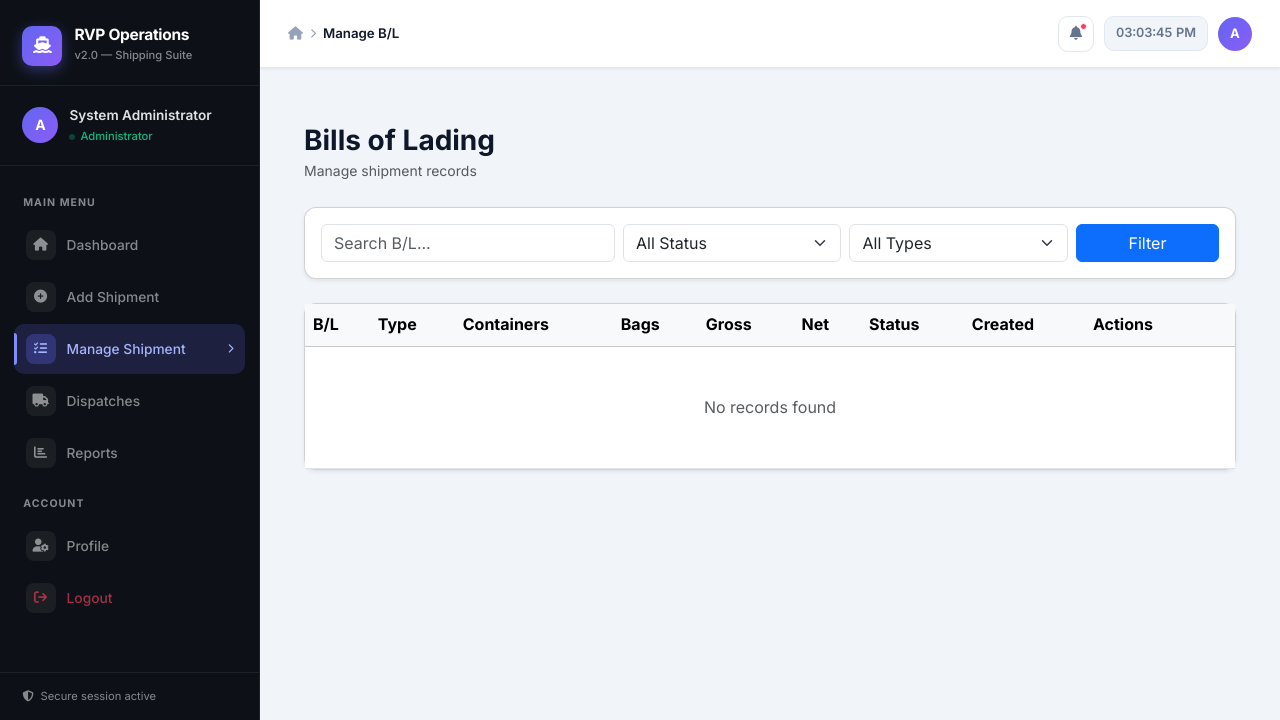
Repository: senteu254/logistics
Page: http://localhost/manage-bl.php
The author's editor kept a copy of each file at every save. The page is drawn from the files as they stood at one save, then again after the next save.
The browser window is 1280 px wide. The pictures show the whole page.
The page is run by PHP 8.4 with error messages shown; the project is at /var/www/html/. The session is filled in as if someone had signed in: {"user_id": 1, "username": "admin", "full_name": "System Administrator"}. Other server files are loaded and not shown. The database holds what the project's SQL file puts in it. Queries for data that is not in the repository find no rows.

Above is the page before, as saved 2026-05-14 16:45:39.

### manage-bl.php
<?php

ini_set('display_errors', 1);
error_reporting(E_ALL);

require_once 'config/database.php';

$page_title = 'Manage B/L';

/*
|--------------------------------------------------------------------------
| DELETE RECORD
|--------------------------------------------------------------------------
*/
if (isset($_POST['delete_id'])) {

    $stmt = $pdo->prepare("DELETE FROM bills_of_lading WHERE id = ?");
    $stmt->execute([(int)$_POST['delete_id']]);

    header('Location: manage-bl.php?deleted=1');
    exit();
}

/*
|--------------------------------------------------------------------------
| UPDATE STATUS
|--------------------------------------------------------------------------
*/
if (isset($_POST['status_id']) && isset($_POST['new_status'])) {

    $allowedStatuses = ['active','draft','completed'];

    if (in_array($_POST['new_status'], $allowedStatuses)) {

        $stmt = $pdo->prepare("
            UPDATE bills_of_lading
            SET status = ?
            WHERE id = ?
        ");

        $stmt->execute([
            $_POST['new_status'],
            (int)$_POST['status_id']
        ]);

        header('Location: manage-bl.php?updated=1');
        exit();
    }
}

/*
|--------------------------------------------------------------------------
| FILTERS
|--------------------------------------------------------------------------
*/
$search   = trim($_GET['search'] ?? '');
$status_f = trim($_GET['status'] ?? '');
$type_f   = trim($_GET['bl_type'] ?? '');

$perPage = 10;
$page    = max(1, (int)($_GET['page'] ?? 1));
$offset  = ($page - 1) * $perPage;

$where  = ['1=1'];
$params = [];

if ($search) {
    $where[] = "(b.bl_number LIKE ? OR b.item_description LIKE ?)";
    $params[] = "%{$search}%";
    $params[] = "%{$search}%";
}

if ($status_f) {
    $where[] = "b.status = ?";
    $params[] = $status_f;
}

if ($type_f) {
    $where[] = "b.bl_type = ?";
    $params[] = $type_f;
}

$whereSQL = implode(' AND ', $where);

/*
|--------------------------------------------------------------------------
| FETCH DATA
|--------------------------------------------------------------------------
*/
$stmt = $pdo->prepare("
    SELECT
        b.*,
        COUNT(i.id) AS containers,
        COALESCE(SUM(i.number_of_bags),0) AS total_bags,
        COALESCE(SUM(i.gross_weight),0) AS total_gw,
        COALESCE(SUM(i.net_weight),0) AS total_nw
    FROM bills_of_lading b
    LEFT JOIN bl_items i ON b.id = i.bl_id
    WHERE {$whereSQL}
    GROUP BY b.id
    ORDER BY b.created_at DESC
    LIMIT {$perPage} OFFSET {$offset}
");

$stmt->execute($params);
$bills = $stmt->fetchAll(PDO::FETCH_ASSOC);

require_once 'includes/header.php';
?>

<style>
.card { border-radius: 12px; }
.table td, .table th { vertical-align: middle; }

/* Mobile switch */
@media (max-width: 768px) {
    .bl-table { display: none; }
}
@media (min-width: 769px) {
    .bl-card { display: none; }
}

/* Cards */
.bl-item {
    border: 1px solid #eee;
    border-radius: 12px;
    padding: 16px;
    margin-bottom: 15px;
    background: #fff;
}
.bl-meta { font-size: 13px; color: #6c757d; }
</style>

<div class="container-fluid py-4">

    <!-- HEADER -->
    <div class="d-flex flex-wrap justify-content-between align-items-center mb-4 gap-2">

        <div>
            <h3 class="fw-bold mb-0">Bills of Lading</h3>
            <small class="text-muted">Manage shipment records</small>
        </div>

        <!-- <a href="add-bl.php" class="btn btn-primary">
            <i class="fas fa-plus me-1"></i> New B/L
        </a> -->

    </div>

    <!-- ALERTS -->
    <?php if (isset($_GET['deleted'])): ?>
        <div class="alert alert-danger">Deleted successfully</div>
    <?php endif; ?>

    <?php if (isset($_GET['updated'])): ?>
        <div class="alert alert-success">Status updated</div>
    <?php endif; ?>

    <!-- FILTERS -->
    <div class="card shadow-sm mb-4">
        <div class="card-body">

            <form method="GET" class="row g-2">

                <div class="col-lg-4 col-md-6">
                    <input type="text" name="search" class="form-control"
                        placeholder="Search B/L..."
                        value="<?= htmlspecialchars($search); ?>">
                </div>

                <div class="col-lg-3 col-md-6">
                    <select name="status" class="form-select">
                        <option value="">All Status</option>
                        <option value="active" <?= $status_f=='active'?'selected':'' ?>>Active</option>
                        <option value="draft" <?= $status_f=='draft'?'selected':'' ?>>Draft</option>
                        <option value="completed" <?= $status_f=='completed'?'selected':'' ?>>Completed</option>
                    </select>
                </div>

                <div class="col-lg-3 col-md-6">
                    <select name="bl_type" class="form-select">
                        <option value="">All Types</option>
                        <option value="TBL" <?= $type_f=='TBL'?'selected':'' ?>>TBL</option>
                        <option value="Non-TBL" <?= $type_f=='Non-TBL'?'selected':'' ?>>Non-TBL</option>
                    </select>
                </div>

                <div class="col-lg-2 col-md-6 d-grid">
                    <button class="btn btn-primary">Filter</button>
                </div>

            </form>

        </div>
    </div>

    <!-- DESKTOP TABLE -->
    <div class="card shadow-sm bl-table">
        <div class="table-responsive">

            <table class="table table-hover mb-0">

                <thead class="table-light">
                    <tr>
                        <th>B/L</th>
                        <th>Type</th>
                        <th>Containers</th>
                        <th>Bags</th>
                        <th>Gross</th>
                        <th>Net</th>
                        <th>Status</th>
                        <th>Created</th>
                        <th width="150">Actions</th>
                    </tr>
                </thead>

                <tbody>

                <?php if (empty($bills)): ?>
                    <tr>
                        <td colspan="9" class="text-center py-5 text-muted">
                            No records found
                        </td>
                    </tr>
                <?php endif; ?>

                <?php foreach ($bills as $bl): ?>

                <tr>

                    <td>
                        <a href="view-bl.php?id=<?= $bl['id']; ?>" class="fw-bold text-decoration-none">
                            <?= htmlspecialchars($bl['bl_number']); ?>
                        </a>
                    </td>

                    <td><span class="badge bg-primary"><?= $bl['bl_type']; ?></span></td>

                    <td><?= number_format($bl['containers']); ?></td>
                    <td><?= number_format($bl['total_bags']); ?></td>
                    <td><?= number_format($bl['total_gw'],2); ?></td>
                    <td><?= number_format($bl['total_nw'],2); ?></td>

                    <td>
                        <form method="POST">
                            <input type="hidden" name="status_id" value="<?= $bl['id']; ?>">
                            <select name="new_status" class="form-select form-select-sm" onchange="this.form.submit()">
                                <option value="active" <?= $bl['status']=='active'?'selected':'' ?>>Active</option>
                                <option value="draft" <?= $bl['status']=='draft'?'selected':'' ?>>Draft</option>
                                <option value="completed" <?= $bl['status']=='completed'?'selected':'' ?>>Completed</option>
                            </select>
                        </form>
                    </td>

                    <td><?= date('M d, Y', strtotime($bl['created_at'])); ?></td>

                    <td>
                        <div class="d-flex gap-1">

                            <a href="view-bl.php?id=<?= $bl['id']; ?>" class="btn btn-sm btn-outline-primary">
                                <i class="fas fa-eye"></i>
                            </a>

                            <a href="edit-bl.php?id=<?= $bl['id']; ?>" class="btn btn-sm btn-outline-dark">
                                <i class="fas fa-edit"></i>
                            </a>

                            <form method="POST">
                                <input type="hidden" name="delete_id" value="<?= $bl['id']; ?>">
                                <button class="btn btn-sm btn-outline-danger"
                                    onclick="return confirm('Delete this B/L?')">
                                    <i class="fas fa-trash"></i>
                                </button>
                            </form>

                        </div>
                    </td>

                </tr>

                <?php endforeach; ?>

                </tbody>

            </table>

        </div>
    </div>

    <!-- MOBILE CARDS -->
    <div class="bl-card">

        <?php foreach ($bills as $bl): ?>

        <div class="bl-item">

            <div class="d-flex justify-content-between">

                <div>
                    <strong><?= htmlspecialchars($bl['bl_number']); ?></strong>
                    <div class="bl-meta"><?= htmlspecialchars($bl['item_description']); ?></div>
                </div>

                <span class="badge bg-primary"><?= $bl['bl_type']; ?></span>

            </div>

            <hr>

            <div class="row">

                <div class="col-6"><small>Containers</small><br><?= $bl['containers']; ?></div>
                <div class="col-6"><small>Bags</small><br><?= $bl['total_bags']; ?></div>
                <div class="col-6 mt-2"><small>Gross</small><br><?= $bl['total_gw']; ?></div>
                <div class="col-6 mt-2"><small>Net</small><br><?= $bl['total_nw']; ?></div>

            </div>

            <hr>

            <div class="d-flex justify-content-between align-items-center">

                <small class="text-muted">
                    <?= date('M d, Y', strtotime($bl['created_at'])); ?>
                </small>

                <div class="d-flex gap-2">

                    <a href="view-bl.php?id=<?= $bl['id']; ?>" class="btn btn-sm btn-outline-primary">
                        <i class="fas fa-eye"></i>
                    </a>

                    <a href="edit-bl.php?id=<?= $bl['id']; ?>" class="btn btn-sm btn-outline-dark">
                        <i class="fas fa-edit"></i>
                    </a>

                </div>

            </div>

        </div>

        <?php endforeach; ?>

    </div>

</div>

<?php require_once 'includes/footer.php'; ?>

### config/database.php
<?php
define('BASE_URL', '/rvp-logistics/'); // Change 'bl' to your folder name
$host     = 'localhost';
$dbname   = 'bill_of_lading';
$db_user  = 'root';   // Change to your MySQL username
$db_pass  = 'schlumberger';       // Change to your MySQL password

try {
    $pdo = new PDO(
        "mysql:host=$host;dbname=$dbname;charset=utf8",
        $db_user,
        $db_pass,
        [
            PDO::ATTR_ERRMODE            => PDO::ERRMODE_EXCEPTION,
            PDO::ATTR_DEFAULT_FETCH_MODE => PDO::FETCH_ASSOC,
            PDO::ATTR_EMULATE_PREPARES   => false,
        ]
    );
} catch (PDOException $e) {
    die(json_encode(['error' => 'DB Connection failed: ' . $e->getMessage()]));
}

if (session_status() === PHP_SESSION_NONE) {
    session_start();
}
?>

### includes/footer.php
        </div><!-- /page-content -->
    </div><!-- /main-wrap -->
</div><!-- /app-wrap -->

<script src="https://cdn.jsdelivr.net/npm/bootstrap@5.3.2/dist/js/bootstrap.bundle.min.js"></script>

<script>
'use strict';

/* ── Sidebar ── */
function toggleSidebar() {
    document.getElementById('sidebar').classList.toggle('open');
    document.getElementById('sbBackdrop').classList.toggle('show');
}
function closeSidebar() {
    document.getElementById('sidebar').classList.remove('open');
    document.getElementById('sbBackdrop').classList.remove('show');
}

/* ── Clock ── */
(function clock() {
    const el = document.getElementById('navClock');
    if (!el) return;
    function tick() {
        el.textContent = new Date().toLocaleTimeString([], {
            hour: '2-digit', minute: '2-digit', second: '2-digit'
        });
    }
    tick();
    setInterval(tick, 1000);
})();

/* ── Row slide-out animation ── */
document.head.insertAdjacentHTML('beforeend', `
<style>
@keyframes rowOut {
    to {
        opacity: 0;
        transform: translateY(-8px);
        max-height: 0;
        padding: 0;
        margin: 0;
        overflow: hidden;
    }
}
</style>`);

/* ══════════════════════════════════════
   ADD / EDIT B/L — Dynamic Rows
══════════════════════════════════════ */
let rowCount = 0;

function addItemRow() {
    rowCount++;
    const wrap = document.getElementById('rowsWrap');
    if (!wrap) return;

    const div = document.createElement('div');
    div.className = 'item-row';
    div.id = `row-${rowCount}`;

    div.innerHTML = `
        <div class="row-head">
            <div class="row-num">
                <div class="row-num-badge">${rowCount}</div>
                <span>Container Row #${rowCount}</span>
            </div>
            ${rowCount > 1 ? `
            <button type="button" class="btn-remove" onclick="removeRow('row-${rowCount}')">
                <i class="fas fa-trash-can"></i> Remove
            </button>` : ''}
        </div>

        <div class="row g-3">

            <!-- Container Number -->
            <div class="col-xl-4 col-md-6 col-12">
                <label class="f-label">
                    Container No. <span class="req">*</span>
                </label>
                <input
                    type="text"
                    name="container_number[]"
                    class="f-input"
                    placeholder="e.g. MSCU1234567"
                    required
                    oninput="this.value = this.value.toUpperCase()"
                >
            </div>

            <!-- Agent Seal -->
            <div class="col-xl-4 col-md-6 col-12">
                <label class="f-label">Agent Seal No.</label>
                <input
                    type="text"
                    name="agent_seal_number[]"
                    class="f-input"
                    placeholder="e.g. AS-00123"
                >
            </div>

            <!-- Number of Bags -->
            <div class="col-xl-4 col-md-6 col-12">
                <label class="f-label">
                    No. of Bags <span class="req">*</span>
                </label>
                <input
                    type="number"
                    name="number_of_bags[]"
                    class="f-input"
                    placeholder="e.g. 500"
                    min="1"
                    required
                    oninput="calcTotals()"
                >
            </div>

            <!-- SGS Seal -->
            <div class="col-xl-4 col-md-6 col-12">
                <label class="f-label">SGS Seal No.</label>
                <input
                    type="text"
                    name="sgs_seal_number[]"
                    class="f-input"
                    placeholder="e.g. SGS-00456"
                >
            </div>

            <!-- Gross Weight MT -->
            <div class="col-xl-4 col-md-6 col-12">
                <label class="f-label">
                    Gross Weight <span class="req">*</span>
                </label>
                <div class="input-unit-wrap">
                    <input
                        type="number"
                        name="gross_weight[]"
                        class="f-input"
                        placeholder="e.g. 25.500"
                        step="0.001"
                        min="0"
                        required
                        oninput="calcTotals()"
                    >
                    <span class="input-unit-badge">MT</span>
                </div>
            </div>

            <!-- Net Weight MT -->
            <div class="col-xl-4 col-md-6 col-12">
                <label class="f-label">
                    Net Weight <span class="req">*</span>
                </label>
                <div class="input-unit-wrap">
                    <input
                        type="number"
                        name="net_weight[]"
                        class="f-input"
                        placeholder="e.g. 25.000"
                        step="0.001"
                        min="0"
                        required
                        oninput="calcTotals()"
                    >
                    <span class="input-unit-badge">MT</span>
                </div>
            </div>

        </div>
    `;

    wrap.appendChild(div);
    calcTotals();
    reNumber();
    div.scrollIntoView({ behavior: 'smooth', block: 'nearest' });
}

function removeRow(id) {
    const row = document.getElementById(id);
    if (!row) return;
    row.style.animation = 'rowOut 0.25s ease forwards';
    setTimeout(() => {
        row.remove();
        calcTotals();
        reNumber();
    }, 240);
}

function reNumber() {
    document.querySelectorAll('.item-row').forEach((r, i) => {
        const badge = r.querySelector('.row-num-badge');
        const span  = r.querySelector('.row-num span');
        if (badge) badge.textContent = i + 1;
        if (span)  span.textContent  = `Container Row #${i + 1}`;
    });
}

function calcTotals() {
    let bags = 0, gross = 0, net = 0;

    document.querySelectorAll('input[name="number_of_bags[]"]').forEach(el => bags  += parseInt(el.value)   || 0);
    document.querySelectorAll('input[name="gross_weight[]"]').forEach(el   => gross += parseFloat(el.value) || 0);
    document.querySelectorAll('input[name="net_weight[]"]').forEach(el     => net   += parseFloat(el.value) || 0);

    const fmt = n => n.toLocaleString('en-US', {
        minimumFractionDigits: 3,
        maximumFractionDigits: 3
    });

    const setEl = (id, v) => {
        const el = document.getElementById(id);
        if (el) el.textContent = v;
    };

    setEl('tRows',  document.querySelectorAll('.item-row').length);
    setEl('tBags',  bags.toLocaleString());
    setEl('tGross', fmt(gross) + ' MT');
    setEl('tNet',   fmt(net)   + ' MT');
}

/* ── Init ── */
document.addEventListener('DOMContentLoaded', () => {
    if (document.getElementById('rowsWrap')) {
        // Only auto-add row on add-bl.php, not edit-bl.php
        // edit-bl.php handles its own population
        if (!window._editMode) {
            addItemRow();
        }
    }
});
</script>
</body>
</html>

### bill_of_lading.sql (the tables this page reads)
CREATE TABLE `dispatches` (
  `id` int(11) NOT NULL AUTO_INCREMENT,
  `bl_id` int(11) NOT NULL,
  `bl_item_id` int(11) NOT NULL,
  `transporter_name` varchar(150) NOT NULL,
  `truck_number` varchar(50) NOT NULL,
  `clearing_agent_dnote` varchar(100) DEFAULT NULL,
  `transporter_dnote` varchar(100) DEFAULT NULL,
  `destination` varchar(200) NOT NULL,
  `status` enum('transit','received','rejected') DEFAULT 'transit',
  `dispatched_by` int(11) DEFAULT NULL,
  `dispatched_at` timestamp NOT NULL DEFAULT CURRENT_TIMESTAMP,
  `received_at` timestamp NULL DEFAULT NULL,
  `received_by` int(11) DEFAULT NULL,
  `rejection_reason` text,
  `notes` text,
  `redirected_destination` varchar(200) DEFAULT NULL,
  `redirected_at` timestamp NULL DEFAULT NULL,
  `redirect_count` int(11) DEFAULT '0',
  PRIMARY KEY (`id`),
  KEY `bl_id` (`bl_id`),
  KEY `bl_item_id` (`bl_item_id`),
  KEY `dispatched_by` (`dispatched_by`),
  KEY `received_by` (`received_by`),
  CONSTRAINT `dispatches_ibfk_1` FOREIGN KEY (`bl_id`) REFERENCES `bills_of_lading` (`id`) ON DELETE CASCADE,
  CONSTRAINT `dispatches_ibfk_2` FOREIGN KEY (`bl_item_id`) REFERENCES `bl_items` (`id`) ON DELETE CASCADE,
  CONSTRAINT `dispatches_ibfk_3` FOREIGN KEY (`dispatched_by`) REFERENCES `users` (`id`) ON DELETE SET NULL,
  CONSTRAINT `dispatches_ibfk_4` FOREIGN KEY (`received_by`) REFERENCES `users` (`id`) ON DELETE SET NULL
) ENGINE=InnoDB AUTO_INCREMENT=3 DEFAULT CHARSET=latin1;

INSERT INTO `dispatches` VALUES (1,3,6,'Toprise','KDG 123A',NULL,NULL,'Unga','received',1,'2026-05-13 11:41:35','2026-05-13 12:06:18',1,NULL,NULL,NULL,NULL,0),(2,4,12,'TOPRISE','KBS860W/ZA8418','124123','3777','UNGA FARM CARE','received',1,'2026-05-13 12:17:59','2026-05-13 12:19:09',1,NULL,NULL,NULL,NULL,0);

Loaded but not shown: includes/header.php (1002 lines, source omitted)

After the next save:
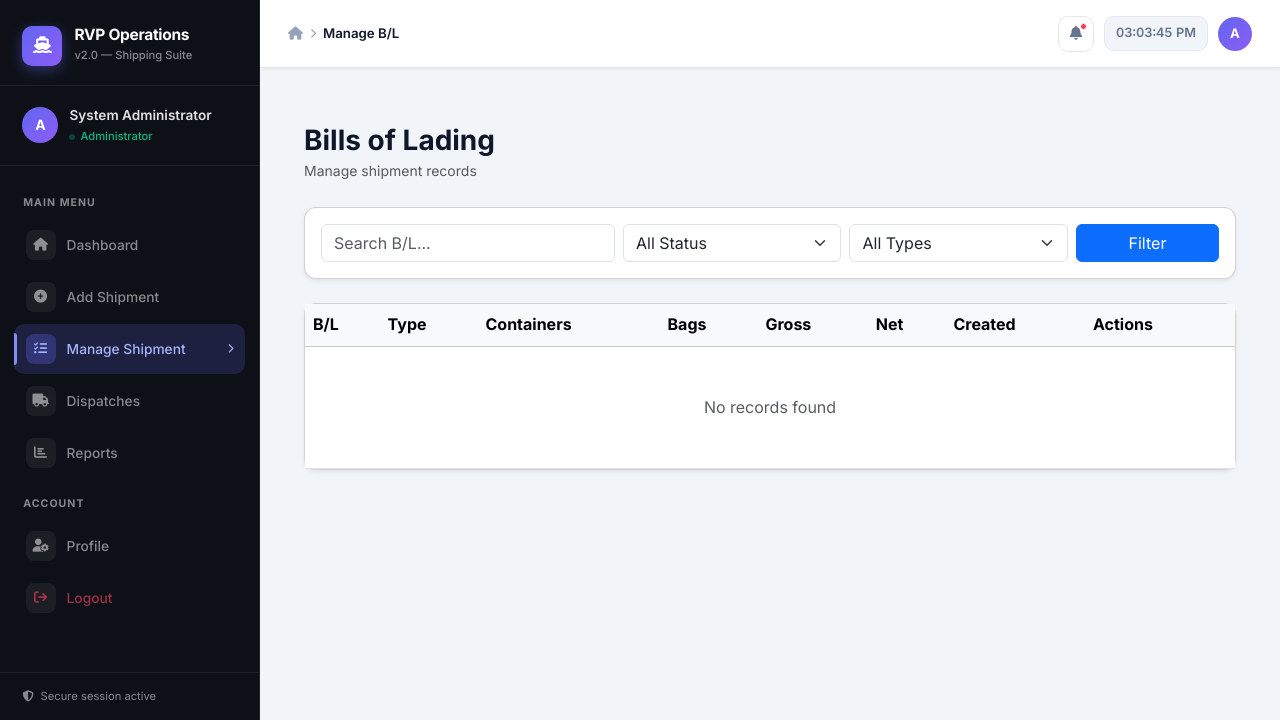
Saved 100 s later.
--- a/manage-bl.php
+++ b/manage-bl.php
@@ -208,7 +208,7 @@ require_once 'includes/header.php';
                         <th>Bags</th>
                         <th>Gross</th>
                         <th>Net</th>
-                        <th>Status</th>
+                        <!-- <th>Status</th> -->
                         <th>Created</th>
                         <th width="150">Actions</th>
                     </tr>
@@ -241,7 +241,7 @@ require_once 'includes/header.php';
                     <td><?= number_format($bl['total_gw'],2); ?></td>
                     <td><?= number_format($bl['total_nw'],2); ?></td>
 
-                    <td>
+                    <!-- <td>
                         <form method="POST">
                             <input type="hidden" name="status_id" value="<?= $bl['id']; ?>">
                             <select name="new_status" class="form-select form-select-sm" onchange="this.form.submit()">
@@ -250,7 +250,7 @@ require_once 'includes/header.php';
                                 <option value="completed" <?= $bl['status']=='completed'?'selected':'' ?>>Completed</option>
                             </select>
                         </form>
-                    </td>
+                    </td> -->
 
                     <td><?= date('M d, Y', strtotime($bl['created_at'])); ?></td>
 
